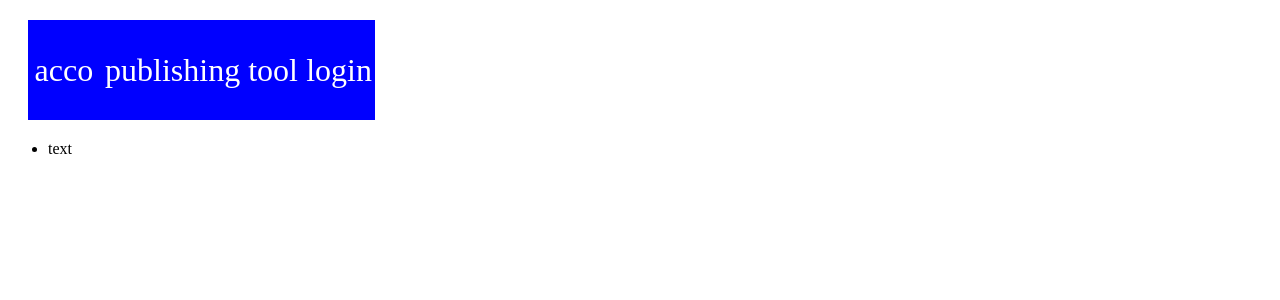
Repository: wimkinnet/Acco_Publish
Page: index.html
The author's editor kept a record of every edit. The page is drawn from the files as they stood at one moment, then again after the next edit.
The browser window is 1280 px wide. The pictures show the whole page.

Above is the page before.

After the next edit:
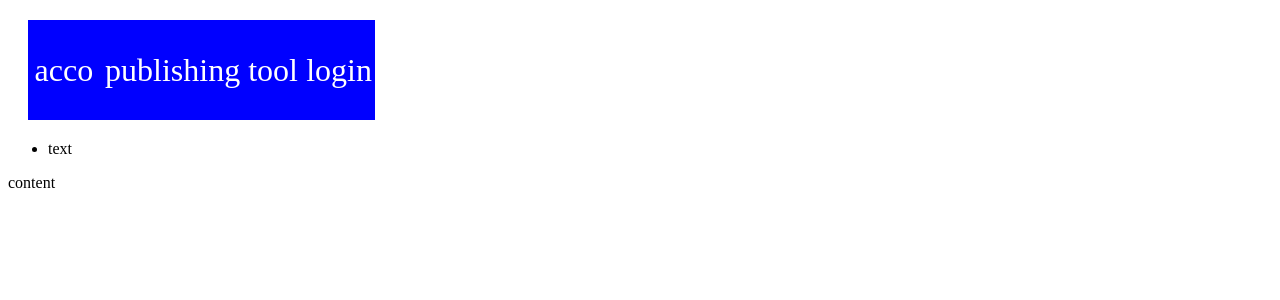
The edit:
--- a/index.html
+++ b/index.html
@@ -59,5 +59,8 @@
         </li>
       </ul>
     </nav>
+    <div class=“content>
+      content
+    </div>
   </body>
 </html>
